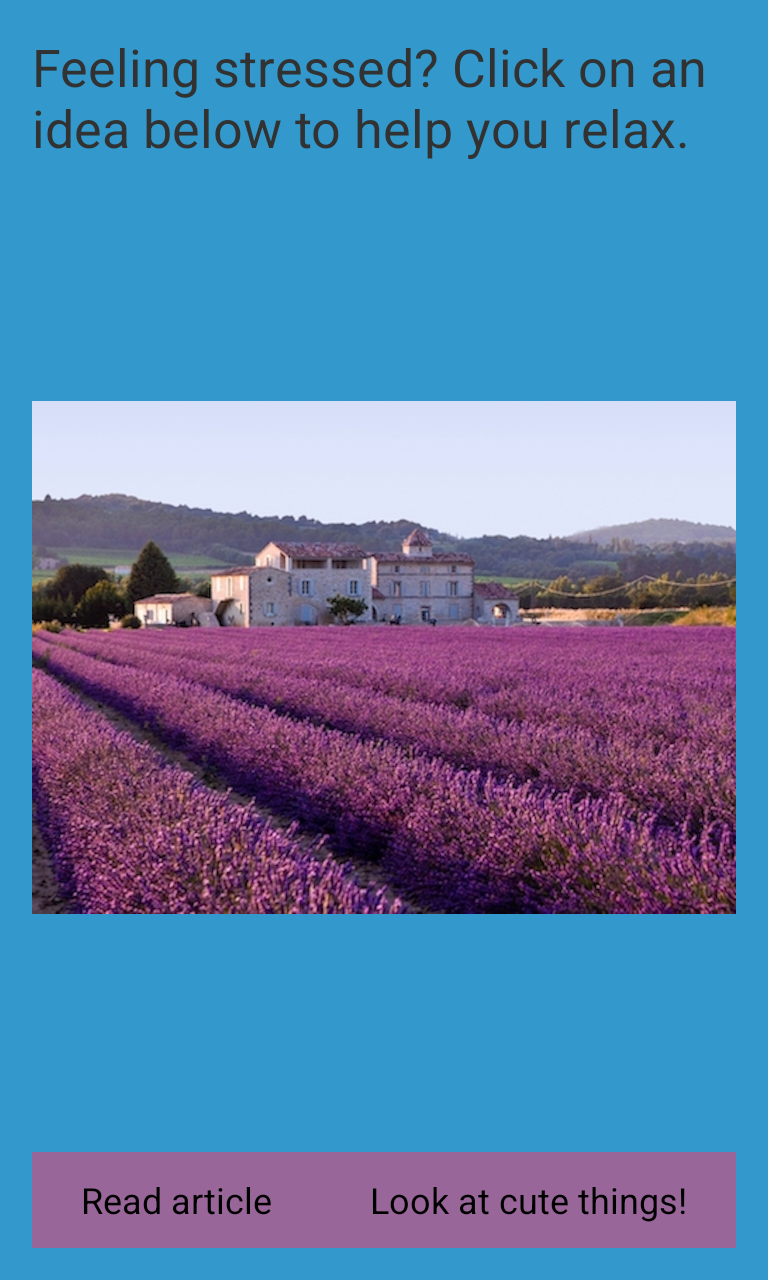
Repository: LSummers33/Apps101
Layout: Self-Care/res/layout/activity_main.xml
These files come from the project's save history. The layout is drawn as it stood at one moment and after the next save; the edit follows.
It is drawn on a 768 x 1280 px phone screen (xhdpi) without system bars, with theme AppTheme; the app's code is not run.

Above is the layout before, as saved 2014-01-26 21:50:24.

After the next save:
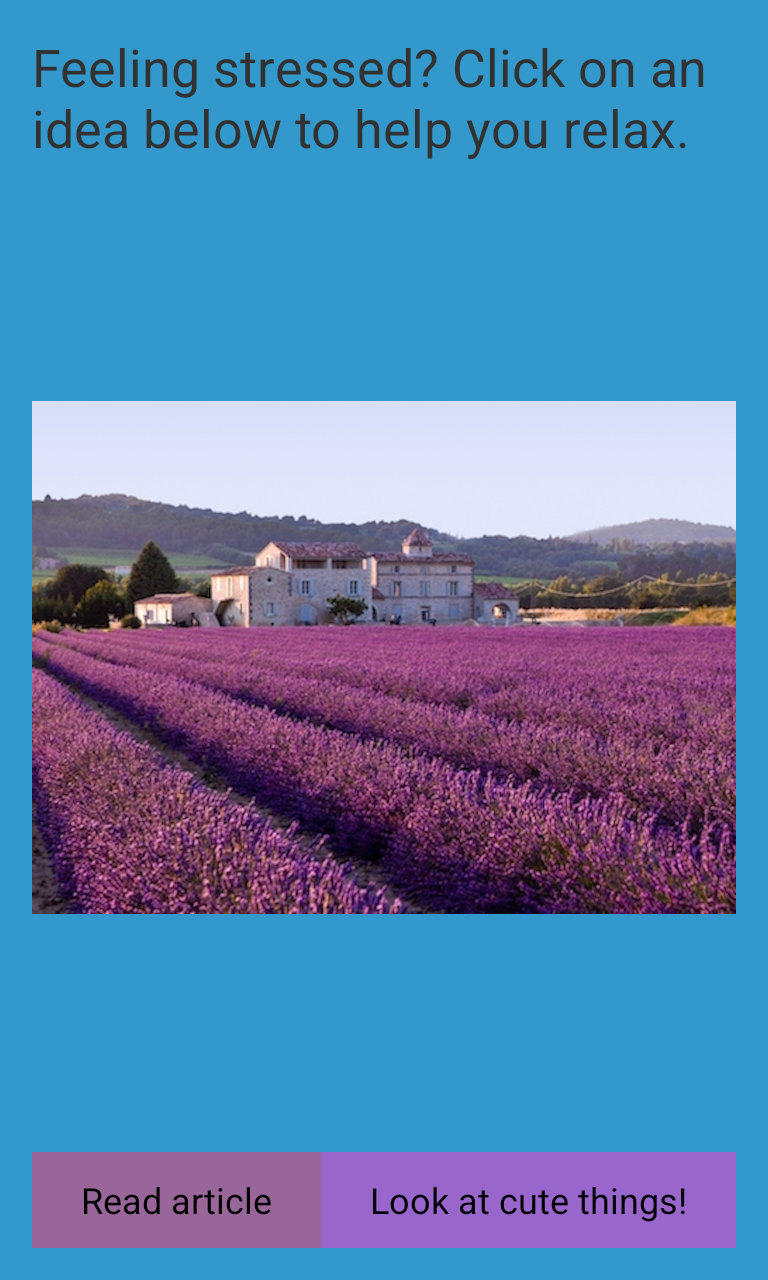
Saved 25 s later.
--- a/Self-Care/res/layout/activity_main.xml
+++ b/Self-Care/res/layout/activity_main.xml
@@ -46,7 +46,7 @@
         android:layout_width="wrap_content"
         android:layout_height="wrap_content"
         android:layout_weight="1"
-        android:background="#996699"
+        android:background="#9966CC"
         android:onClick="cute_pics"
         android:text="@string/button2" />
 
